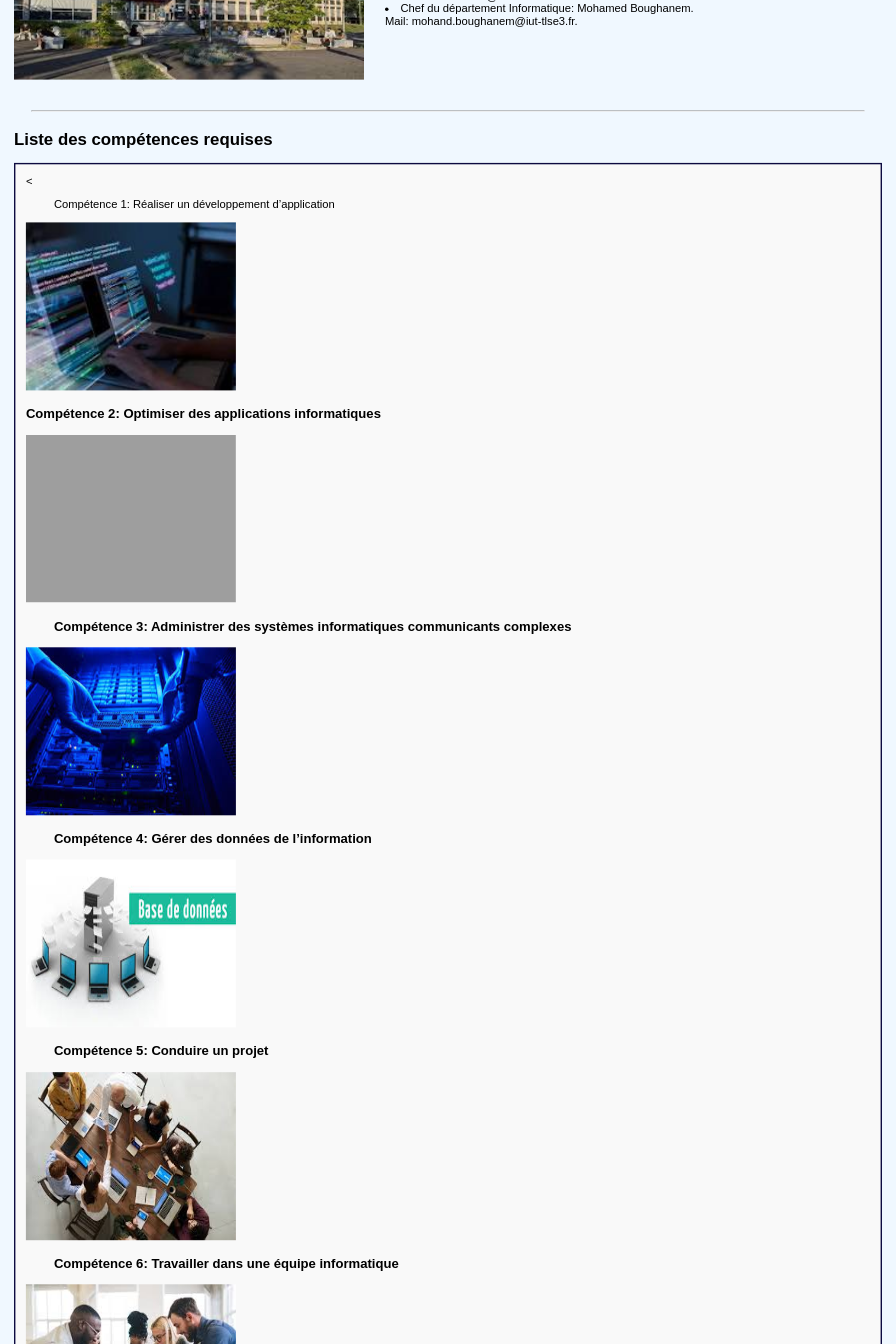
Repository: s0yManar/projet-web-R102
Page: MON.PROJET.HTML&CSS/page.accueil.html
An editor plug-in stored every save of this project. The page is shown before and after a run of saves, followed by the edit.
The browser window is 1280 px wide. The pictures show the part of the page from y = 624 to 2544 px (the page is 3059 px tall before and 2991 px after), at 70% of full size.
Pictures or frames that could not be fetched are drawn as grey boxes.

Above is the page before, as saved 2025-11-26 20:48:32.

After the next 2 saves:
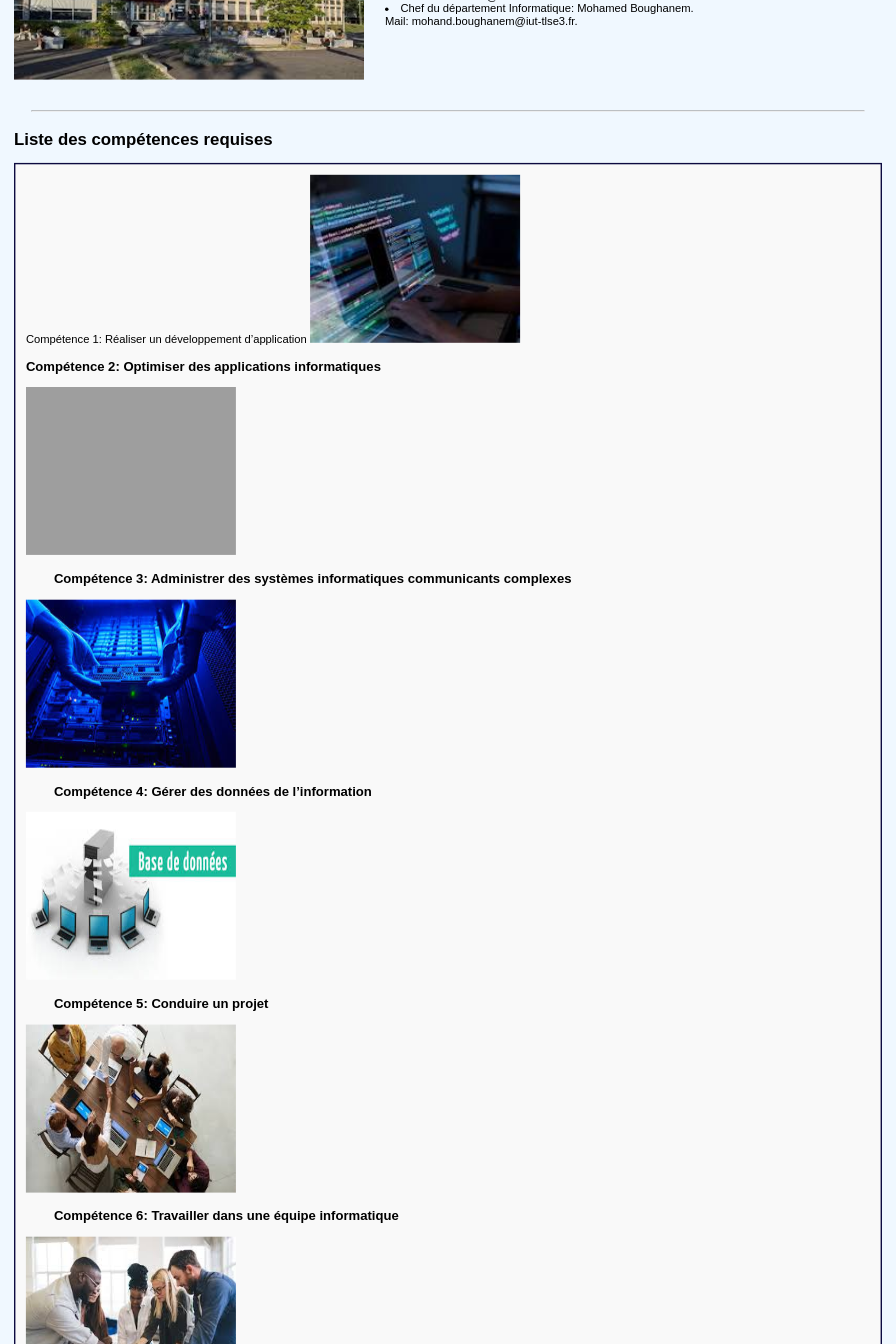
The 2 saves are shown as one change because they came seconds apart.
The last was saved 8 s later.
--- a/MON.PROJET.HTML&CSS/page.accueil.html
+++ b/MON.PROJET.HTML&CSS/page.accueil.html
@@ -60,7 +60,7 @@
     <h2> Liste des compétences requises</h2>
 <div class="bloc_competences">
 
-    <
+    <class=
      <ol>Compétence 1: Réaliser un développement d’application </ol>
         <img src="compétence1.jpg" alt="Illustration fictive de développement Informatique" width="300" height="240" >
 
